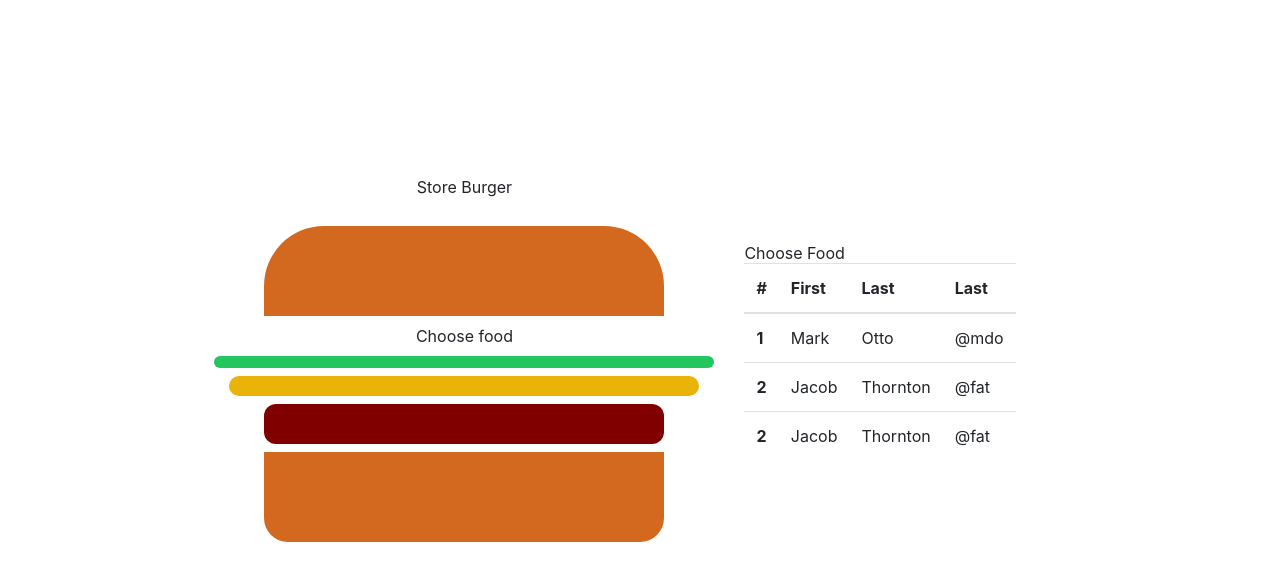
Repository: baobaodeveloper/bootcamp21_HuynhAnhBao_Burger
Page: /
An editor plug-in stored every save of this project. The page is shown before and after the next save, followed by the edit.
The browser window is 1280 px wide. The pictures show the whole page.
The project was rebuilt for these pictures with package versions that can differ from the ones it lists, and the page was loaded fresh each time. Also part of the build but not shown: vite.config.js.

Above is the page before, as saved 2022-05-15 17:09:49.

### index.html
<!DOCTYPE html>
<html lang="en">
  <head>
    <title>Title</title>
    <!-- Required meta tags -->
    <meta charset="utf-8" />
    <meta
      name="viewport"
      content="width=device-width, initial-scale=1, shrink-to-fit=no"
    />

    <!-- Bootstrap CSS -->
    <link
      rel="stylesheet"
      href="https://stackpath.bootstrapcdn.com/bootstrap/4.3.1/css/bootstrap.min.css"
      integrity="sha384-ggOyR0iXCbMQv3Xipma34MD+dH/1fQ784/j6cY/iJTQUOhcWr7x9JvoRxT2MZw1T"
      crossorigin="anonymous"
    />
  </head>
  <body>
    <div id="root"></div>
    <!-- Optional JavaScript -->
    <!-- jQuery first, then Popper.js, then Bootstrap JS -->
    <script
      src="https://code.jquery.com/jquery-3.3.1.slim.min.js"
      integrity="sha384-q8i/X+965DzO0rT7abK41JStQIAqVgRVzpbzo5smXKp4YfRvH+8abtTE1Pi6jizo"
      crossorigin="anonymous"
    ></script>
    <script
      src="https://cdnjs.cloudflare.com/ajax/libs/popper.js/1.14.7/umd/popper.min.js"
      integrity="sha384-UO2eT0CpHqdSJQ6hJty5KVphtPhzWj9WO1clHTMGa3JDZwrnQq4sF86dIHNDz0W1"
      crossorigin="anonymous"
    ></script>
    <script
      src="https://stackpath.bootstrapcdn.com/bootstrap/4.3.1/js/bootstrap.min.js"
      integrity="sha384-JjSmVgyd0p3pXB1rRibZUAYoIIy6OrQ6VrjIEaFf/nJGzIxFDsf4x0xIM+B07jRM"
      crossorigin="anonymous"
    ></script>

    <script type="module" src="/src/main.jsx"></script>
  </body>
</html>

### src/App.jsx
import Burger from "./components/Burger";

function App() {
  return <Burger></Burger>;
}

export default App;

### src/components/Burger.jsx
import React from "react";

export default function Burger() {
  return (
    <div>
      <div className="flex items-center gap-x-20  w-screen h-screen mx-auto justify-center">
        <div className="flex flex-col justify-center items-center gap-y-2 w-[400px]">
          <h2 className="mb-20">Store Burger</h2>
          <div className="bg-[#D2691E] w-full h-[30px] relative">
            <div className="bg-[#D2691E] w-full h-[60px] absolute top-0 left-0 -translate-y-[60px] rounded-tl-full rounded-tr-full"></div>
          </div>
          <p>Choose food</p>
          {/* loop here */}
          <div className="h-3 bg-green-500 w-[500px] rounded-full"></div>
          <div className="h-5 bg-yellow-500 w-[470px] rounded-full"></div>
          <div className="h-10 bg-[#800000] w-[400px] rounded-xl"></div>

          <div className="w-full bg-[#D2691E] h-[90px] rounded-br-3xl rounded-bl-3xl"></div>
        </div>

        <div className="">
          <h2>Choose Food</h2>
          <table class="table">
            <thead>
              <tr>
                <th scope="col">#</th>
                <th scope="col">First</th>
                <th scope="col">Last</th>
                <th scope="col">Last</th>
              </tr>
            </thead>
            <tbody>
              <tr>
                <th scope="row">1</th>
                <td>Mark</td>
                <td>Otto</td>
                <td>@mdo</td>
              </tr>
              <tr>
                <th scope="row">2</th>
                <td>Jacob</td>
                <td>Thornton</td>
                <td>@fat</td>
              </tr>
              <tr>
                <th scope="row">2</th>
                <td>Jacob</td>
                <td>Thornton</td>
                <td>@fat</td>
              </tr>
            </tbody>
          </table>
        </div>
      </div>
    </div>
  );
}

Loaded but not shown: src/main.jsx (common file); src/index.scss (common file); tailwind.config.js (common file)

After the next save:
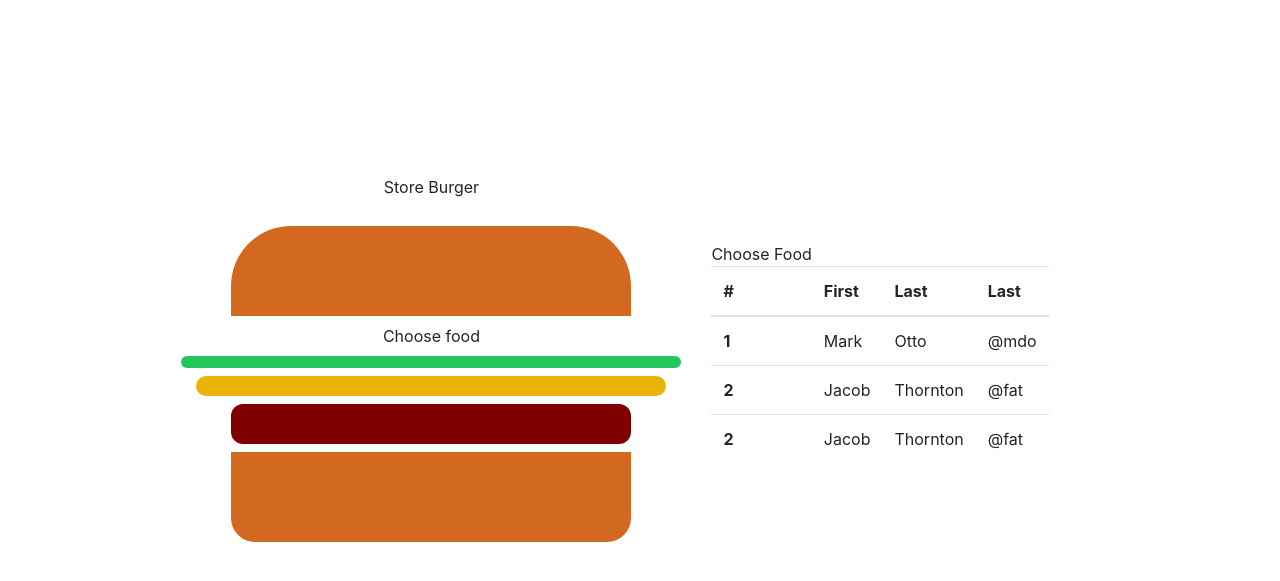
Saved 79 s later.
--- a/src/components/Burger.jsx
+++ b/src/components/Burger.jsx
@@ -19,9 +19,10 @@ export default function Burger() {
         </div>
 
         <div className="">
-          <h2>Choose Food</h2>
+          <h2></h2>
           <table class="table">
             <thead>
+              <tr>Choose Food</tr>
               <tr>
                 <th scope="col">#</th>
                 <th scope="col">First</th>
